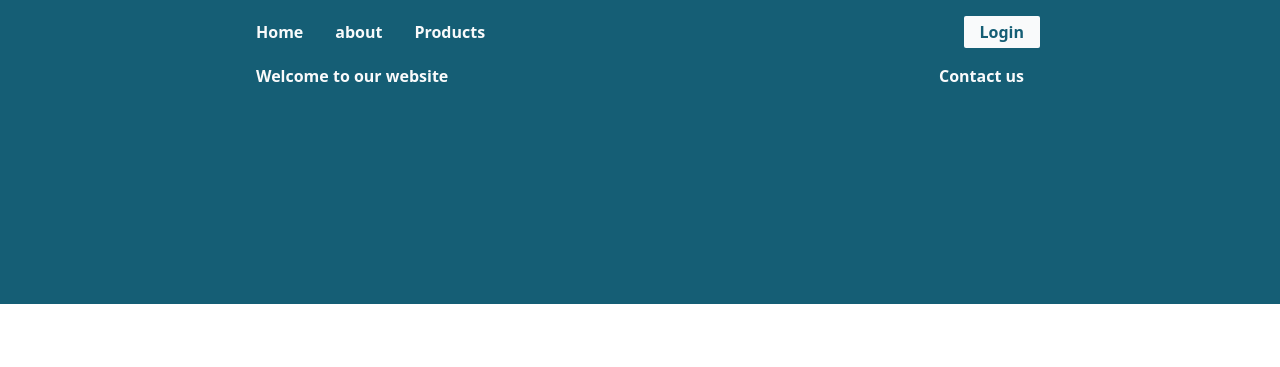
Repository: Sanaa00/svelte-test
Page: /Product
These files come from the project's save history. The page is drawn as it stood at one moment and after a run of saves; the edit follows.
The browser window is 1280 px wide. The pictures show the whole page.
The page's requests for data from a server got no answer. The project was rebuilt for these pictures with package versions that can differ from the ones it lists, and the page was loaded fresh each time. The framework's server and built-in components were replaced by stand-ins that run in the browser. No one was signed in, and anything a server would have sent is missing. Also part of the build but not shown: svelte.config.js, vite.config.js.

Above is the page before, as saved 2024-12-08 20:44:19.

### src/routes/+layout.svelte
<script>
	import '../app.css';
	// let { children } = $props();

	import Footer from '../component/Footer.svelte';
	import Navbar from '../component/Navbar.svelte';
</script>

<!-- {@render children()} -->

<div class="h-fit w-full">
	<Navbar />
	<slot />
	<Footer />
</div>

### src/routes/Product/+page.svelte
<script>
	import { onMount } from 'svelte';
	import { dataStore, fetchDate } from '../../Store/store';
	console.log(dataStore);
	onMount(() => {
		fetchDate();
	});
</script>

<div>
	<div>
		{#each dataStore as item}
			<div>here</div>
		{/each}
	</div>
</div>

### src/component/Footer.svelte
<script>
</script>

<main class="flex h-60 justify-between bg-cyan-800 px-60">
	<div class="px-4 font-semibold text-gray-50">Welcome to our website</div>

	<div class="px-4 font-semibold text-gray-50">Contact us</div>
</main>

### src/component/Navbar.svelte
<script>
</script>

<nav class="flex h-16 w-full items-center justify-between bg-cyan-800 px-60">
	<ul class="flex">
		<a href="/" class="px-4 font-semibold text-gray-50">Home</a>
		<a href="/About" class="px-4 font-semibold text-gray-50">about</a>
		<a href="/Product" class="px-4 font-semibold text-gray-50">Products</a>
	</ul>
	<button
		class="rounded-sm bg-gray-50 px-4 py-1 font-semibold text-cyan-800
           ">Login</button
	>
</nav>

### src/Store/store.js
import { writable } from 'svelte/store';

export const dataStore = writable([]);

export const fetchDate = async () => {
	try {
		const response = await fetch('https://fakestoreapi.com/products');

		if (!response.ok) throw new Error('failed to fetch');

		const data = await response.json();

		dataStore.set(data);
		console.log(data);
	} catch (err) {
		console.error('Error fetching data:', err);
	}
};

### tailwind.config.js
import containerQueries from '@tailwindcss/container-queries';
import forms from '@tailwindcss/forms';
import typography from '@tailwindcss/typography';

/** @type {import('tailwindcss').Config} */
export default {
	content: ['./src/**/*.{html,js,svelte,ts}'],

	theme: {
		extend: {}
	},

	plugins: [typography, forms, containerQueries]
};

Loaded but not shown: src/app.html (common file); src/app.css (common file)

After the next 2 saves:
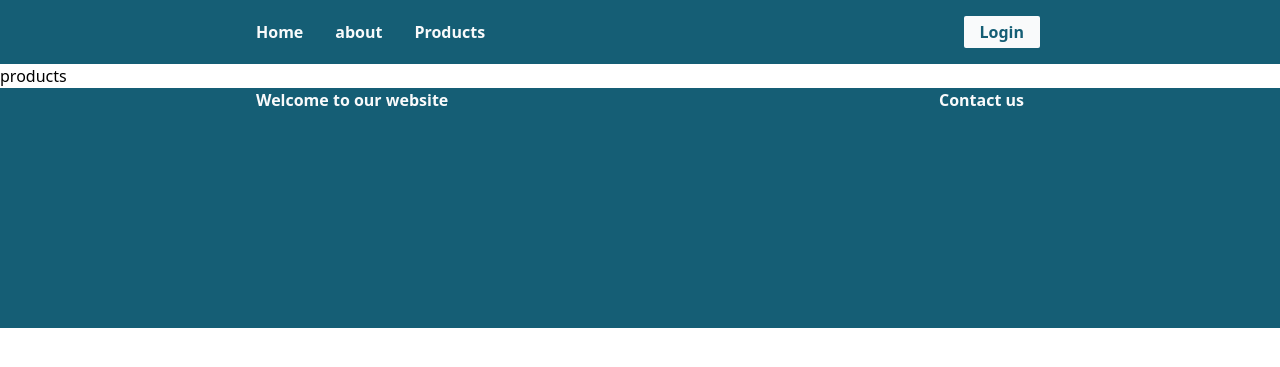
The 2 saves are shown as one change because they came seconds apart.
The last was saved 11 s later.
--- a/src/routes/Product/+page.svelte
+++ b/src/routes/Product/+page.svelte
@@ -8,6 +8,7 @@
 </script>
 
 <div>
+	products
 	<div>
 		{#each dataStore as item}
 			<div>here</div>
